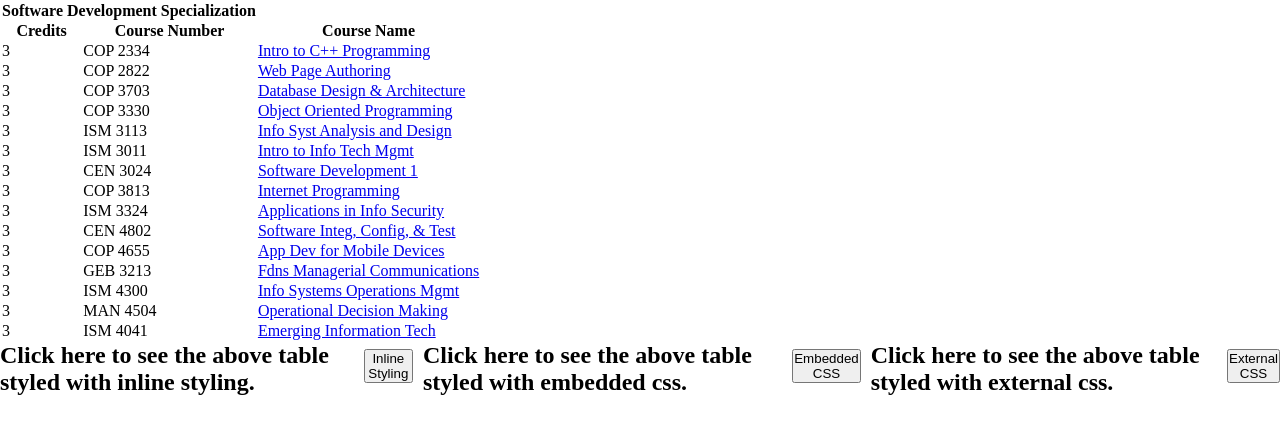
Repository: mlmEFSC21/P5-DegreeTableStyling
Page: index.html
These files come from the project's save history. The page is drawn as it stood at one moment and after the next save; the edit follows.
The browser window is 1280 px wide. The pictures show the whole page.

Above is the page before, as saved 2022-02-09 14:11:48.

### index.html
<!DOCTYPE html>
<html lang="en">
    <head>
        <meta charset="UTF-8" />
        <meta http-equiv="X-UA-Compatible" content="IE=edge" />
        <meta name="viewport" content="width=device-width, initial-scale=1.0" />
        <title>Degree Specialization Table</title>
        <link rel="stylesheet" href="Styles.css" />
    </head>
    <body>
        <section class="tableContainer">
            <table>
                <thead>
                    <tr>
                        <th colspan="2">Software Development Specialization</th>
                    </tr>
                    <tr>
                        <th>Credits</th>
                        <th>Course Number</th>
                        <th>Course Name</th>
                    </tr>
                </thead>
                <tbody>
                    <tr>
                        <td>3</td>
                        <td>COP 2334</td>
                        <td>
                            <a
                                href="https://bannerweb.easternflorida.edu/prod/bwckctlg.p_disp_course_detail?cat_term_in=202210&subj_code_in=COP&crse_numb_in=2334"
                                >Intro to C++ Programming</a
                            >
                        </td>
                    </tr>
                    <tr>
                        <td>3</td>
                        <td>COP 2822</td>
                        <td>
                            <a
                                href="https://bannerweb.easternflorida.edu/prod/bwckctlg.p_disp_course_detail?cat_term_in=202210&subj_code_in=COP&crse_numb_in=2822"
                                >Web Page Authoring</a
                            >
                        </td>
                    </tr>
                    <tr>
                        <td>3</td>
                        <td>COP 3703</td>
                        <td>
                            <a
                                href="https://bannerweb.easternflorida.edu/prod/bwckctlg.p_disp_course_detail?cat_term_in=202210&subj_code_in=COP&crse_numb_in=3703"
                                >Database Design & Architecture</a
                            >
                        </td>
                    </tr>
                    <tr>
                        <td>3</td>
                        <td>COP 3330</td>
                        <td>
                            <a
                                href="https://bannerweb.easternflorida.edu/prod/bwckctlg.p_disp_course_detail?cat_term_in=202210&subj_code_in=COP&crse_numb_in=3330"
                                >Object Oriented Programming</a
                            >
                        </td>
                    </tr>
                    <tr>
                        <td>3</td>
                        <td>ISM 3113</td>
                        <td>
                            <a
                                href="https://bannerweb.easternflorida.edu/prod/bwckctlg.p_disp_course_detail?cat_term_in=202210&subj_code_in=ISM&crse_numb_in=3113"
                                >Info Syst Analysis and Design</a
                            >
                        </td>
                    </tr>
                    <tr>
                        <td>3</td>
                        <td>ISM 3011</td>
                        <td>
                            <a
                                href="https://bannerweb.easternflorida.edu/prod/bwckctlg.p_disp_course_detail?cat_term_in=202210&subj_code_in=ISM&crse_numb_in=3011"
                                >Intro to Info Tech Mgmt</a
                            >
                        </td>
                    </tr>
                    <tr>
                        <td>3</td>
                        <td>CEN 3024</td>
                        <td>
                            <a
                                href="https://bannerweb.easternflorida.edu/prod/bwckctlg.p_disp_course_detail?cat_term_in=202210&subj_code_in=CEN&crse_numb_in=3024"
                                >Software Development 1</a
                            >
                        </td>
                    </tr>
                    <tr>
                        <td>3</td>
                        <td>COP 3813</td>
                        <td>
                            <a
                                href="https://bannerweb.easternflorida.edu/prod/bwckctlg.p_disp_course_detail?cat_term_in=202210&subj_code_in=COP&crse_numb_in=3813"
                                >Internet Programming</a
                            >
                        </td>
                    </tr>
                    <tr>
                        <td>3</td>
                        <td>ISM 3324</td>
                        <td>
                            <a
                                href="https://bannerweb.easternflorida.edu/prod/bwckctlg.p_disp_course_detail?cat_term_in=202210&subj_code_in=ISM&crse_numb_in=3324"
                                >Applications in Info Security</a
                            >
                        </td>
                    </tr>
                    <tr>
                        <td>3</td>
                        <td>CEN 4802</td>
                        <td>
                            <a
                                href="https://bannerweb.easternflorida.edu/prod/bwckctlg.p_disp_course_detail?cat_term_in=202210&subj_code_in=CEN&crse_numb_in=4802"
                                >Software Integ, Config, & Test</a
                            >
                        </td>
                    </tr>
                    <tr>
                        <td>3</td>
                        <td>COP 4655</td>
                        <td>
                            <a
                                href="https://bannerweb.easternflorida.edu/prod/bwckctlg.p_disp_course_detail?cat_term_in=202210&subj_code_in=COP&crse_numb_in=4655"
                                >App Dev for Mobile Devices</a
                            >
                        </td>
                    </tr>
                    <tr>
                        <td>3</td>
                        <td>GEB 3213</td>
                        <td>
                            <a
                                href="https://bannerweb.easternflorida.edu/prod/bwckctlg.p_disp_course_detail?cat_term_in=202210&subj_code_in=GEB&crse_numb_in=3213"
                                >Fdns Managerial Communications</a
                            >
                        </td>
                    </tr>
                    <tr>
                        <td>3</td>
                        <td>ISM 4300</td>
                        <td>
                            <a
                                href="https://bannerweb.easternflorida.edu/prod/bwckctlg.p_disp_course_detail?cat_term_in=202210&subj_code_in=ISM&crse_numb_in=4300"
                                >Info Systems Operations Mgmt</a
                            >
                        </td>
                    </tr>
                    <tr>
                        <td>3</td>
                        <td>MAN 4504</td>
                        <td>
                            <a
                                href="https://bannerweb.easternflorida.edu/prod/bwckctlg.p_disp_course_detail?cat_term_in=202210&subj_code_in=MAN&crse_numb_in=4504"
                                >Operational Decision Making</a
                            >
                        </td>
                    </tr>
                    <tr>
                        <td>3</td>
                        <td>ISM 4041</td>
                        <td>
                            <a
                                href="https://bannerweb.easternflorida.edu/prod/bwckctlg.p_disp_course_detail?cat_term_in=202210&subj_code_in=ISM&crse_numb_in=4041"
                                >Emerging Information Tech</a
                            >
                        </td>
                    </tr>
                </tbody>
            </table>
        </section>
        <section class="linksContainer">
            <h2>Click here to see the above table styled with inline styling.</h2>
            <button onclick="window.location.href='FormattedProgramSpecialization1.html'">
                Inline Styling
            </button>
            <h2>Click here to see the above table styled with embedded css.</h2>
            <button onclick="window.location.href='FormattedProgramSpecialization2.html'">
                Embedded CSS
            </button>
            <h2>Click here to see the above table styled with external css.</h2>
            <button onclick="window.location.href='FormattedProgramSpecialization3.html'">
                External CSS
            </button>
        </section>
    </body>
</html>

### Styles.css
*,
*::before,
*::after {
    margin: 0;
    padding: 0;
    box-sizing: border-box;
}
.tableContainer {
    align-content: center;
}
.linksContainer {
    display: flex;
    align-items: baseline;
    gap: 10px;
}

After the next save:
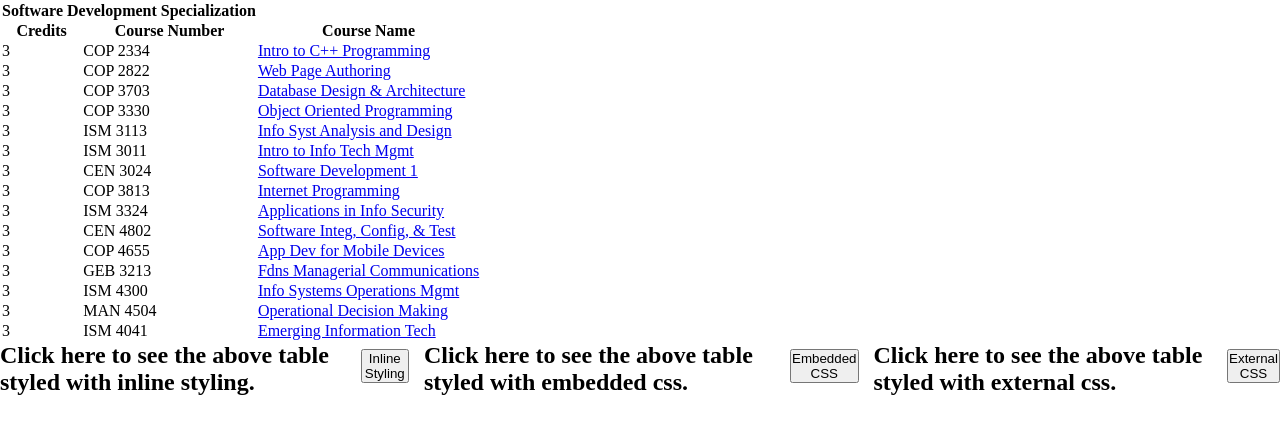
Saved 20 s later.
--- a/Styles.css
+++ b/Styles.css
@@ -11,5 +11,5 @@
 .linksContainer {
     display: flex;
     align-items: baseline;
-    gap: 10px;
+    gap: 15px;
 }
